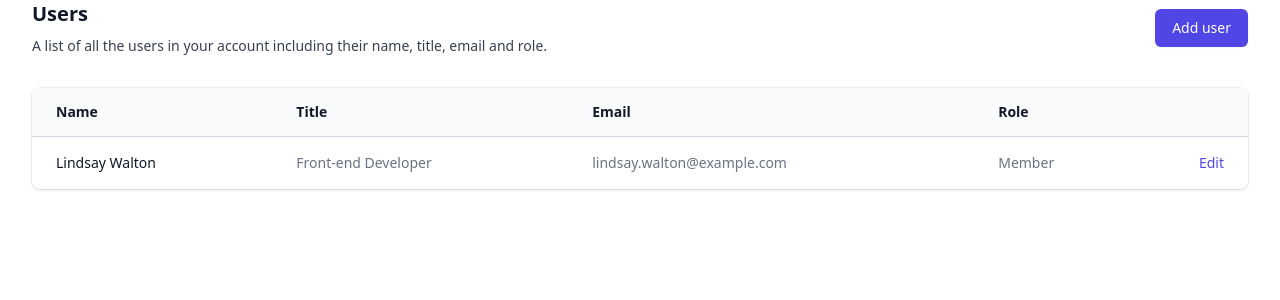
Repository: emorilebo/cpu-reader
Page: /
An editor plug-in stored every save of this project. The page is shown before and after the next save, followed by the edit.
The browser window is 1280 px wide. The pictures show the whole page.
The project was rebuilt for these pictures with package versions that can differ from the ones it lists, and the page was loaded fresh each time. The framework's server and built-in components were replaced by stand-ins that run in the browser. Also part of the build but not shown: next.config.js, styles/Home.module.css.

Above is the page before, as saved 2023-01-13 12:27:37.

### pages/index.js
import Head from 'next/head'
import Image from 'next/image'
import { Inter } from '@next/font/google'
import styles from '../styles/Home.module.css'
import Tables from '../components/Tables'

const inter = Inter({ subsets: ['latin'] })

export default function Home() {
  return (
    <>
      <Head>
        <title>Create Next App</title>
        <meta name="description" content="Generated by create next app" />
        <meta name="viewport" content="width=device-width, initial-scale=1" />
        <link rel="icon" href="/favicon.ico" />
      </Head>
      <main className="">
       <Tables/>
      </main>
    </>
  )
}

### styles/globals.css
@tailwind base;
@tailwind components;
@tailwind utilities;

/* :root {
  --max-width: 1100px;
  --border-radius: 12px;
  --font-mono: ui-monospace, Menlo, Monaco, "Cascadia Mono", "Segoe UI Mono",
    "Roboto Mono", "Oxygen Mono", "Ubuntu Monospace", "Source Code Pro",
    "Fira Mono", "Droid Sans Mono", "Courier New", monospace;

  --foreground-rgb: 0, 0, 0;
  --background-start-rgb: 214, 219, 220;
  --background-end-rgb: 255, 255, 255;

  --primary-glow: conic-gradient(
    from 180deg at 50% 50%,
    #16abff33 0deg,
    #0885ff33 55deg,
    #54d6ff33 120deg,
    #0071ff33 160deg,
    transparent 360deg
  );
  --secondary-glow: radial-gradient(
    rgba(255, 255, 255, 1),
    rgba(255, 255, 255, 0)
  );

  --tile-start-rgb: 239, 245, 249;
  --tile-end-rgb: 228, 232, 233;
  --tile-border: conic-gradient(
    #00000080,
    #00000040,
    #00000030,
    #00000020,
    #00000010,
    #00000010,
    #00000080
  );

  --callout-rgb: 238, 240, 241;
  --callout-border-rgb: 172, 175, 176;
  --card-rgb: 180, 185, 188;
  --card-border-rgb: 131, 134, 135;
}

@media (prefers-color-scheme: dark) {
  :root {
    --foreground-rgb: 255, 255, 255;
    --background-start-rgb: 0, 0, 0;
    --background-end-rgb: 0, 0, 0;

    --primary-glow: radial-gradient(rgba(1, 65, 255, 0.4), rgba(1, 65, 255, 0));
    --secondary-glow: linear-gradient(
      to bottom right,
      rgba(1, 65, 255, 0),
      rgba(1, 65, 255, 0),
      rgba(1, 65, 255, 0.3)
    );

    --tile-start-rgb: 2, 13, 46;
    --tile-end-rgb: 2, 5, 19;
    --tile-border: conic-gradient(
      #ffffff80,
      #ffffff40,
      #ffffff30,
      #ffffff20,
      #ffffff10,
      #ffffff10,
      #ffffff80
    );

    --callout-rgb: 20, 20, 20;
    --callout-border-rgb: 108, 108, 108;
    --card-rgb: 100, 100, 100;
    --card-border-rgb: 200, 200, 200;
  }
}

* {
  box-sizing: border-box;
  padding: 0;
  margin: 0;
}

html,
body {
  max-width: 100vw;
  overflow-x: hidden;
}

body {
  color: rgb(var(--foreground-rgb));
  background: linear-gradient(
      to bottom,
      transparent,
      rgb(var(--background-end-rgb))
    )
    rgb(var(--background-start-rgb));
}

a {
  color: inherit;
  text-decoration: none;
}

@media (prefers-color-scheme: dark) {
  html {
    color-scheme: dark;
  }
} */

### components/Tables.jsx
import React from "react";

const cpu = [
    { name: 'Lindsay Walton', title: 'Front-end Developer', email: 'lindsay.walton@example.com', role: 'Member' },
    // More people...
  ]

export default function Tables() {
  return (
    <div className="px-4 sm:px-6 lg:px-8">
      <div className="sm:flex sm:items-center">
        <div className="sm:flex-auto">
          <h1 className="text-xl font-semibold text-gray-900">Users</h1>
          <p className="mt-2 text-sm text-gray-700">
            A list of all the users in your account including their name, title,
            email and role.
          </p>
        </div>
        <div className="mt-4 sm:mt-0 sm:ml-16 sm:flex-none">
          <button
            type="button"
            className="inline-flex items-center justify-center rounded-md border border-transparent bg-indigo-600 px-4 py-2 text-sm font-medium text-white shadow-sm hover:bg-indigo-700 focus:outline-none focus:ring-2 focus:ring-indigo-500 focus:ring-offset-2 sm:w-auto"
          >
            Add user
          </button>
        </div>
      </div>
      <div className="mt-8 flex flex-col">
        <div className="-my-2 -mx-4 overflow-x-auto sm:-mx-6 lg:-mx-8">
          <div className="inline-block min-w-full py-2 align-middle md:px-6 lg:px-8">
            <div className="overflow-hidden shadow ring-1 ring-black ring-opacity-5 md:rounded-lg">
              <table className="min-w-full divide-y divide-gray-300">
                <thead className="bg-gray-50">
                  <tr>
                    <th
                      scope="col"
                      className="py-3.5 pl-4 pr-3 text-left text-sm font-semibold text-gray-900 sm:pl-6"
                    >
                      Name
                    </th>
                    <th
                      scope="col"
                      className="px-3 py-3.5 text-left text-sm font-semibold text-gray-900"
                    >
                      Title
                    </th>
                    <th
                      scope="col"
                      className="px-3 py-3.5 text-left text-sm font-semibold text-gray-900"
                    >
                      Email
                    </th>
                    <th
                      scope="col"
                      className="px-3 py-3.5 text-left text-sm font-semibold text-gray-900"
                    >
                      Role
                    </th>
                    <th
                      scope="col"
                      className="relative py-3.5 pl-3 pr-4 sm:pr-6"
                    >
                      <span className="sr-only">Edit</span>
                    </th>
                  </tr>
                </thead>
                <tbody className="divide-y divide-gray-200 bg-white">
                  {cpu.map((person) => (
                    <tr key={person.email}>
                      <td className="whitespace-nowrap py-4 pl-4 pr-3 text-sm font-medium text-gray-900 sm:pl-6">
                        {person.name}
                      </td>
                      <td className="whitespace-nowrap px-3 py-4 text-sm text-gray-500">
                        {person.title}
                      </td>
                      <td className="whitespace-nowrap px-3 py-4 text-sm text-gray-500">
                        {person.email}
                      </td>
                      <td className="whitespace-nowrap px-3 py-4 text-sm text-gray-500">
                        {person.role}
                      </td>
                      <td className="relative whitespace-nowrap py-4 pl-3 pr-4 text-right text-sm font-medium sm:pr-6">
                        <a
                          href="#"
                          className="text-indigo-600 hover:text-indigo-900"
                        >
                          Edit<span className="sr-only">, {person.name}</span>
                        </a>
                      </td>
                    </tr>
                  ))}
                </tbody>
              </table>
            </div>
          </div>
        </div>
      </div>
    </div>
  );
}

Loaded but not shown: pages/_app.js (common file); pages/_document.js (common file); tailwind.config.js (common file)

After the next save:
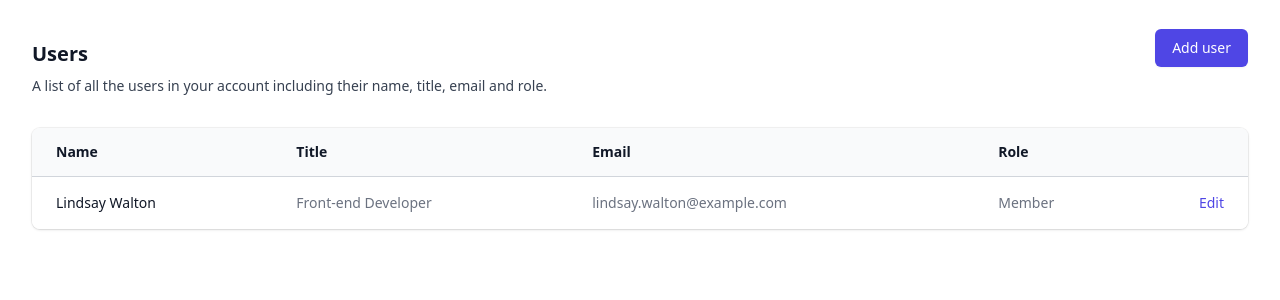
Saved 26 s later.
--- a/components/Tables.jsx
+++ b/components/Tables.jsx
@@ -10,7 +10,7 @@ export default function Tables() {
     <div className="px-4 sm:px-6 lg:px-8">
       <div className="sm:flex sm:items-center">
         <div className="sm:flex-auto">
-          <h1 className="text-xl font-semibold text-gray-900">Users</h1>
+          <h1 className=" mt-10 text-xl font-semibold text-gray-900">Users</h1>
           <p className="mt-2 text-sm text-gray-700">
             A list of all the users in your account including their name, title,
             email and role.
